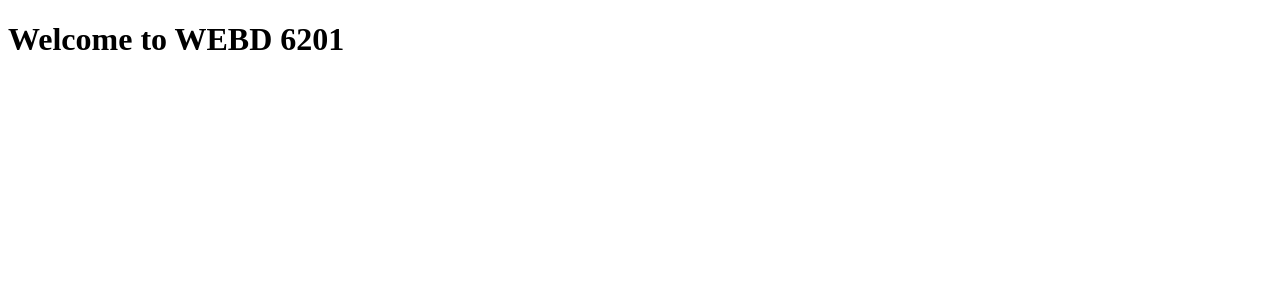
Repository: AshokSasi/WEBD6201-Week3
Page: index.html
These files come from the project's save history. The page is drawn as it stood at one moment and after the next save; the edit follows.
The browser window is 1280 px wide. The pictures show the whole page.

Above is the page before, as saved 2021-01-20 08:53:35.

After the next save:
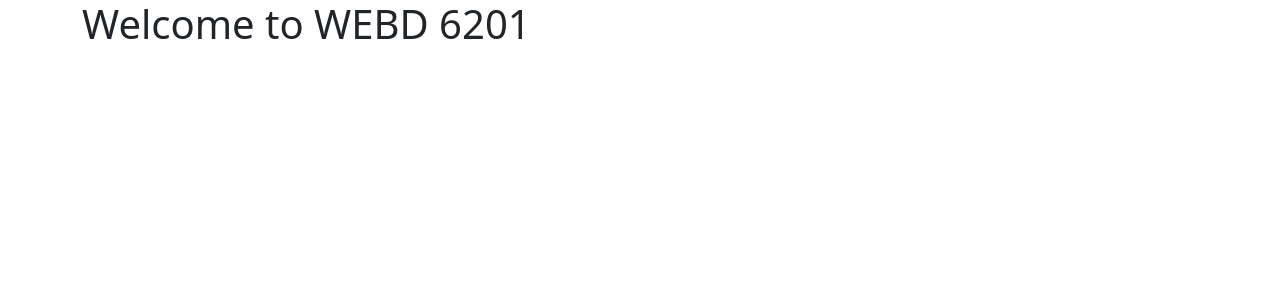
Saved 11 min 56 s later.
--- a/index.html
+++ b/index.html
@@ -6,6 +6,8 @@
     <title>WEBD6201 - W2021 - ICE 1</title>
     <!-- CSS Section-->
     <link rel="stylesheet" href="./Content/app.css">
+    <link rel="stylesheet" href="./node_modules/bootstrap/dist/css/bootstrap.min.css">
+    <link rel="stylesheet" href="./node_modules/@fortawesome/fontawesome-free/css/all.min.css">
 </head>
 <body>
 
@@ -16,5 +18,7 @@
 
     <!--Javascript section-->
     <script src="./Scripts/app.js"></script>
+    <script src="./node_modules/jquery/dist/jquery.min.js"></script>
+    <script src="./node_modules/bootstrap/dist/js/bootstrap.bundle.min.js"></script>
 </body>
 </html>
